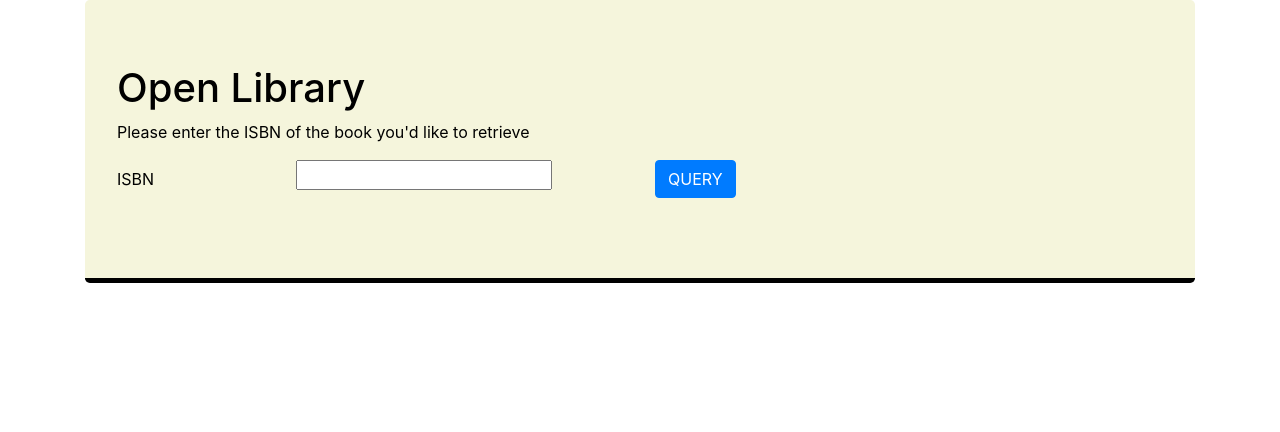
Repository: ElijahHallera/336-Internet-Prog
Page: ElijahHallera-CST336-MIDTERM-master/ElijahHallera-CST336-MIDTERM-master/index2.html
The author's editor kept a record of every edit. The page is drawn from the files as they stood at one moment, then again after the next edit.
The browser window is 1280 px wide. The pictures show the whole page.

Above is the page before.

After the next edit:
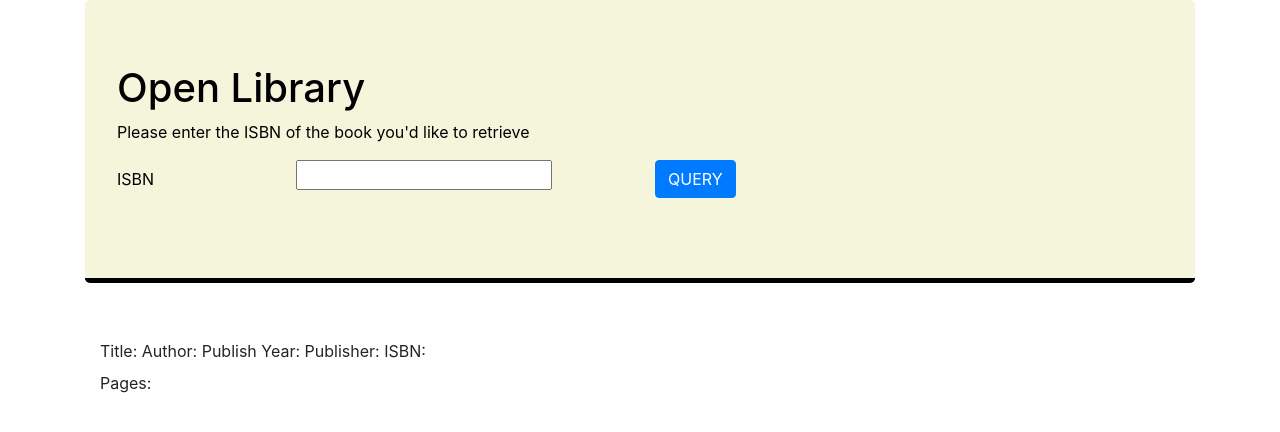
The edit:
--- a/ElijahHallera-CST336-MIDTERM-master/ElijahHallera-CST336-MIDTERM-master/index2.html
+++ b/ElijahHallera-CST336-MIDTERM-master/ElijahHallera-CST336-MIDTERM-master/index2.html
@@ -36,11 +36,12 @@
                 <img class="cover">
             </div>
             <div class="col-sm-4">
-                <Label></Label>
-                <Label></Label>
-                <Label></Label>
-                <Label></Label>
-                <Label></Label>
+                <Label>Title: </Label>
+                <Label>Author: </Label>
+                <Label>Publish Year: </Label>
+                <Label>Publisher: </Label>
+                <Label>ISBN: </Label>
+                <Label>Pages: </Label>
             </div>
         </div>
 
